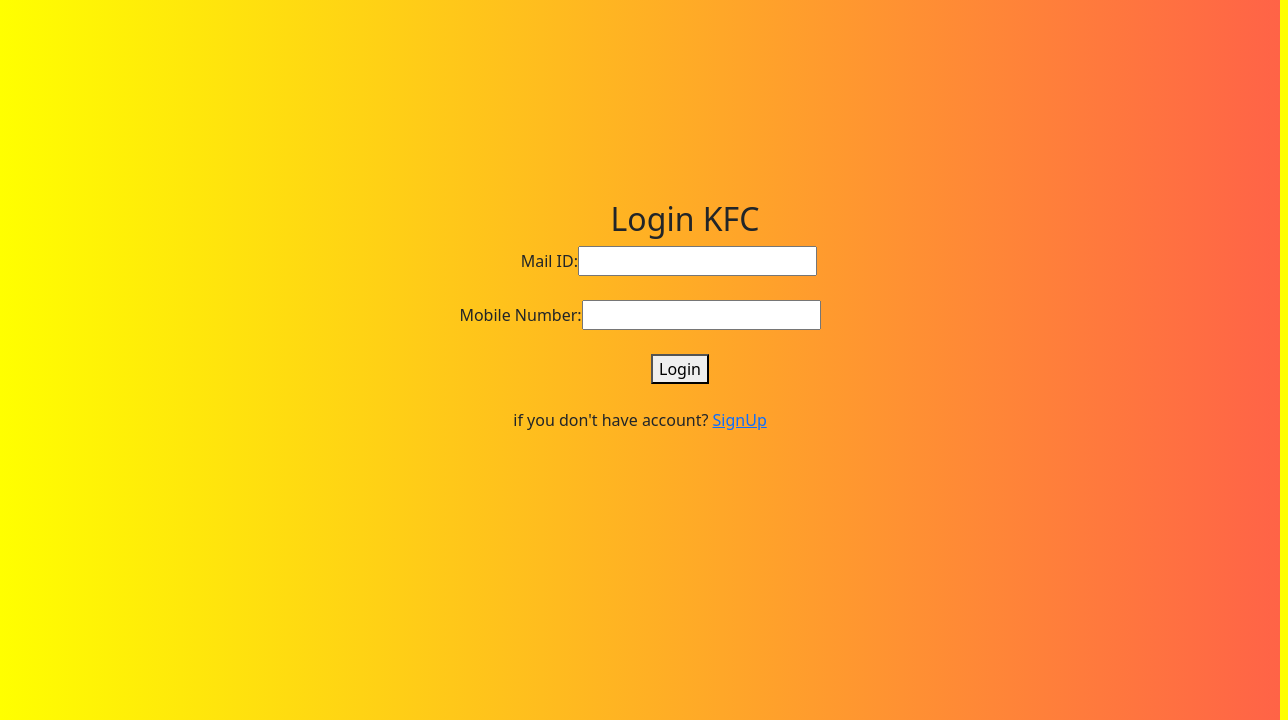
Repository: selvakumar46/Project-Maven
Page: http://localhost/ProjectKFC/login.jsp
An editor plug-in stored every save of this project. The page is shown before and after the next save, followed by the edit.
The browser window is 1280 px wide. The page is 1288 px wide, so the pictures cover 1288 px, including what lies to the right of the window. The pictures show the whole page.
The page is served by Tomcat 9. Nobody is signed in. The application's start-up code is not run. Other server files are loaded and not shown.

Above is the page before, as saved 2022-01-10 05:26:54.

### ProjectKFC/src/main/webapp/login.jsp
<%@ page language="java" contentType="text/html; charset=ISO-8859-1"
	pageEncoding="ISO-8859-1"%>
<!DOCTYPE html>
<html lang="en">
<head>
<meta charset="UTF-8">
<meta http-equiv="X-UA-Compatible" content="IE=edge">
<meta name="viewport" content="width=device-width, initial-scale=1.0">
<title>Login KFC</title>
<link href="https://cdn.jsdelivr.net/npm/bootstrap@5.1.3/dist/css/bootstrap.min.css" rel="stylesheet">
  <script src="https://cdn.jsdelivr.net/npm/bootstrap@5.1.3/dist/js/bootstrap.bundle.min.js"></script>
<style>

body {

	background:linear-gradient(to right,yellow,tomato);


}
.container{
	margin-top:200px;

}
h2{
	margin-right:-90px; ;
	margin-top:50px;
}
label {
        display: inline-block;
        width: 155px;
        text-align: right;
        margin-left:-40px; ;
      }
      button {
	margin-right:-80px; ;
}
</style>
</head>
<body>
<center>
	<form action="login" method="post">
		<div class="container">
			<h2 align="center" ma >Login KFC</h2>
			<label> Mail ID:</label><input type="email" name="mailId"> <br> <br>
			</label>Mobile Number:</label><input type="number" name="mobileNumber"> <br>
			<br>
			<button type="submit">Login</button>
		</div>
	</form>
	<br> if you don't have account?
	<a href="Register.jsp">SignUp</a>
	</center>
</body>
</html>

After the next save:
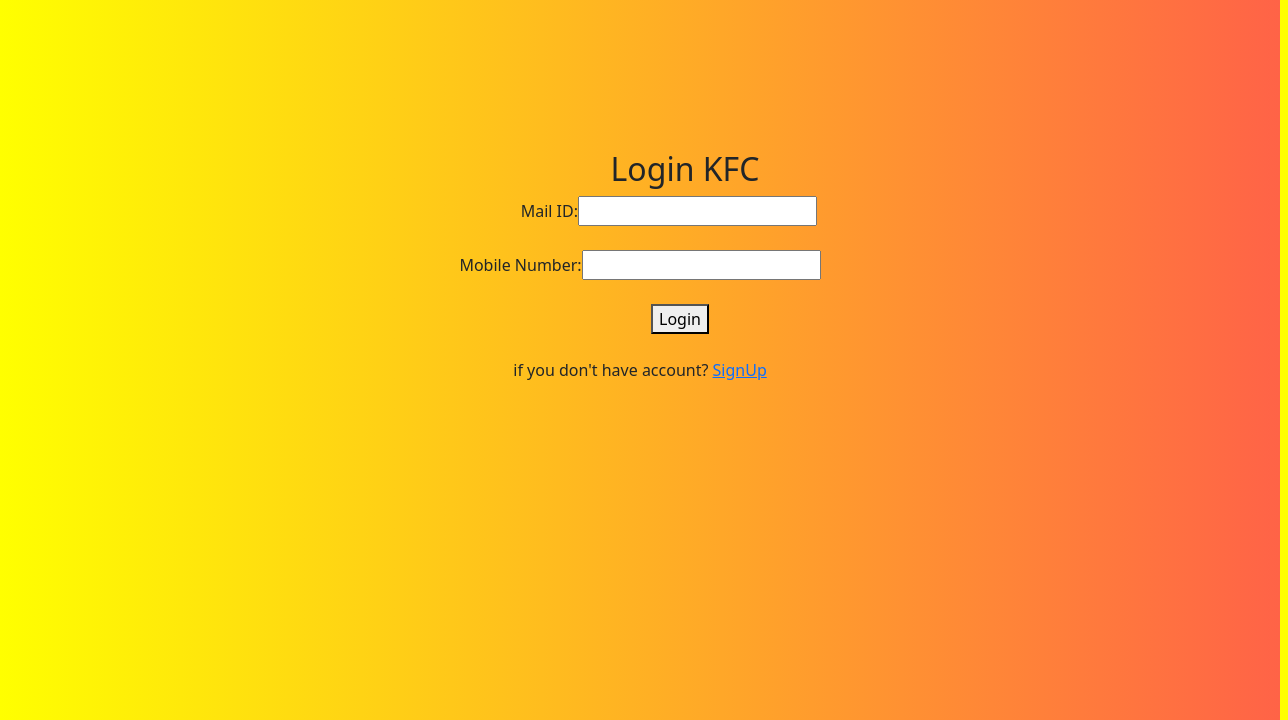
Saved 9 s later.
--- a/ProjectKFC/src/main/webapp/login.jsp
+++ b/ProjectKFC/src/main/webapp/login.jsp
@@ -23,7 +23,7 @@
 }
 h2{
 	margin-right:-90px; ;
-	margin-top:50px;
+	margin-top:-50px;
 }
 label {
         display: inline-block;
